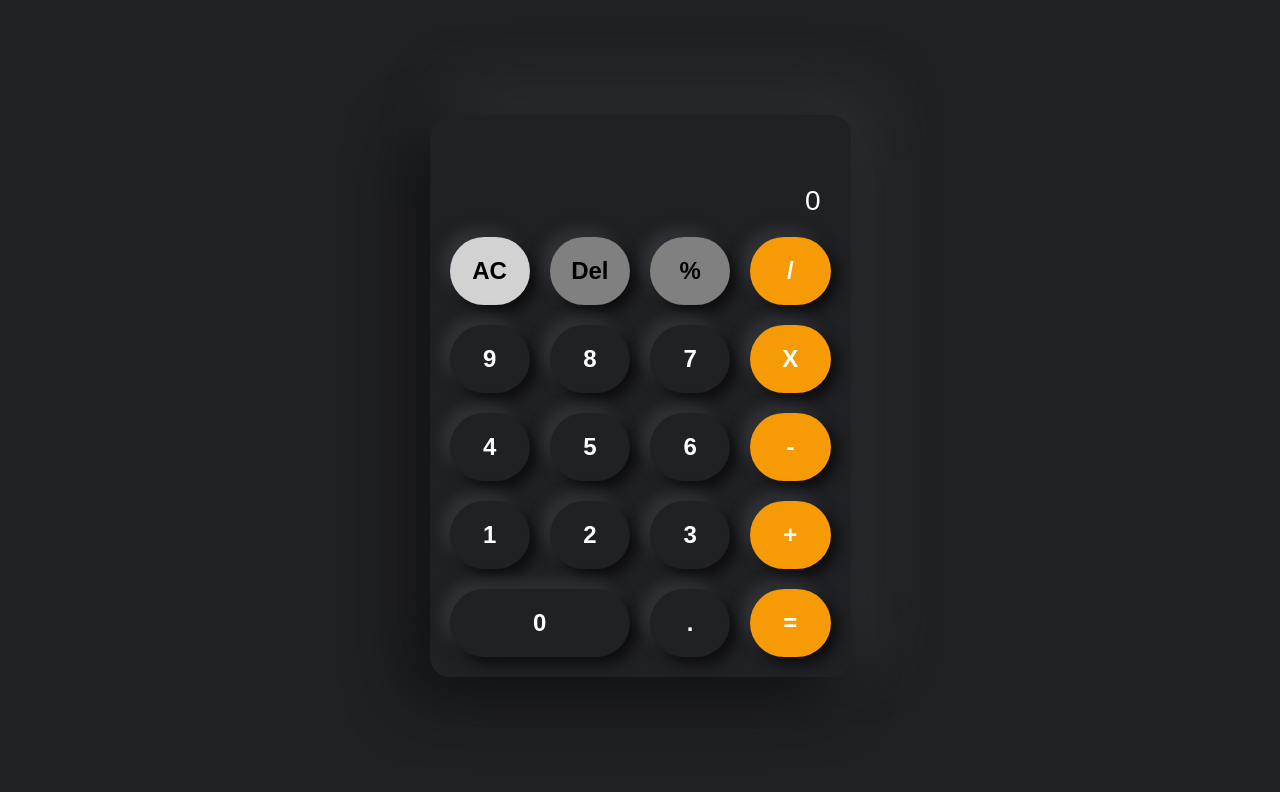
Repository: ble-syn/reactCalculator
Page: /
These files come from the project's save history. The page is drawn as it stood at one moment and after the next save; the edit follows.
The browser window is 1280 px wide. The pictures show the whole page.
The first visible `button` has the focus.
The project was rebuilt for these pictures with package versions that can differ from the ones it lists, and the page was loaded fresh each time.

Above is the page before, as saved 2022-10-06 23:14:38.

### src/index.css
*{
  margin: 0;
  box-sizing: border-box;
}

body{
  display: flex;
  justify-content: center;
  align-items: center;
  flex-direction: column;
  background-color: #202124;
  color: #fff;
  margin: 9% auto;
  background: #202124;
}
.container {
  max-width: 1000px;
}
.calculator{
  padding: 20px;
  border-radius: 20px;
  background: #202124;
  box-shadow:  -20px 20px 60px #101112,
             20px -20px 60px #303236;
}
#calculator-display {
  border: none;
  width: 100%;
  text-align: right;
  font-size: 28px;
  padding: 50px 10px 20px;
  color: #fff;
  background-color: #202124;
}
#calculator-display:focus {
  outline: none;
}
#calculator-display::-webkit-input-placeholder {
  color: #fff;
}
.calculator-keys{
  display: grid;
  grid-template-columns: repeat(4, 1fr);
  grid-gap: 20px;
}
button {
  padding: 20px 15px;
  display: grid;
  place-items: center;
  outline: none;
  border-radius: 50px;
  font-weight: 700;
  border: none;
  color: #fff;
  font-size: 24px;
  cursor: pointer;
  background: #202124;
  box-shadow:  7px 7px 14px #0d0d0e,
  -7px -7px 14px #33353a;
}
button:focus {
  background-color: #d2d2d2;
}
.zero {
  grid-column: 1/3;
}
.gray {
  background-color: #808080;
  color: #000;
}
.yellow {
  background-color: #F69A06;
}
.yellow:focus{
  background-color: #ffffff;
  color: #F69A06;
}

### src/App.js
import {useState} from "react";

function App() {
  const [numDisplay, setNumDisplay] = useState("")
  const operators = ["+", "-", "*", "/"]

const numClick = (event) => {
      event.preventDefault()

      let value = event.target.value
      setNumDisplay(numDisplay + value)
}


const deleteNum = () => {
  setNumDisplay(numDisplay.slice(0, -1))
}
const reset = () => {
  setNumDisplay("")
}
const percent = () => {
  setNumDisplay(numDisplay / 100)
}
const equals = () => {
  setNumDisplay(eval(numDisplay))
}

  return (
    <main id="container">
      <div class="calculator">
          <div><input id="calculator-display" type="text" placeholder="0" value={numDisplay} /></div>

        <div class="calculator-keys">

          <button onClick={reset} value=" " class="gray">AC</button>
          <button onClick={deleteNum} value="" class="gray">Del</button>
          <button onClick={percent} value="%" class="gray">%</button>
          <button onClick={numClick} value="/" class="yellow">/</button>
          <button onClick={numClick} value="9">9</button>
          <button onClick={numClick} value="8">8</button>
          <button onClick={numClick} value="7" >7</button>
          <button onClick={numClick} value="*" class="yellow">X</button>
          <button onClick={numClick} value="4">4</button>
          <button onClick={numClick} value="5">5</button>
          <button onClick={numClick} value="6">6</button>
          <button onClick={numClick} value="-" class= "yellow">-</button>
          <button onClick={numClick} value="1">1</button>
          <button onClick={numClick} value="2">2</button>
          <button onClick={numClick} value="3">3</button>
          <button onClick={numClick} value="+" class="yellow">+</button>
          <button onClick={numClick} value="0" class="zero" >0</button>
          <button onClick={numClick} value="." data-action="decimal">.</button>
          <button onClick={equals} value="=" class="yellow">=</button>

        </div>
      </div>
    </main>
  )
}

export default App;

Loaded but not shown: public/index.html (common file); src/index.js (common file); src/reportWebVitals.js (common file); public/manifest.json (common file)

After the next save:
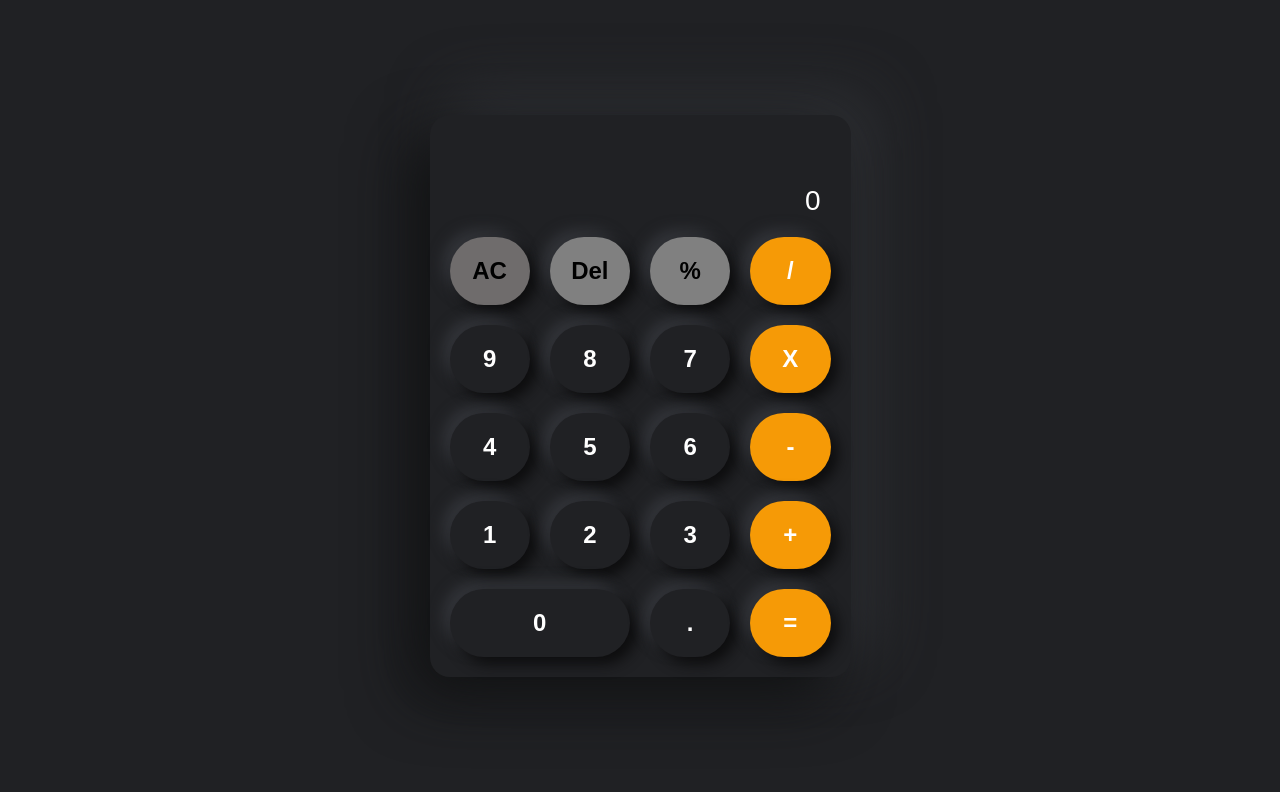
Saved 15 s later.
--- a/src/index.css
+++ b/src/index.css
@@ -59,7 +59,7 @@
   -7px -7px 14px #33353a;
 }
 button:focus {
-  background-color: #d2d2d2;
+  background-color: #6f6c6c;
 }
 .zero {
   grid-column: 1/3;

After the save that followed:
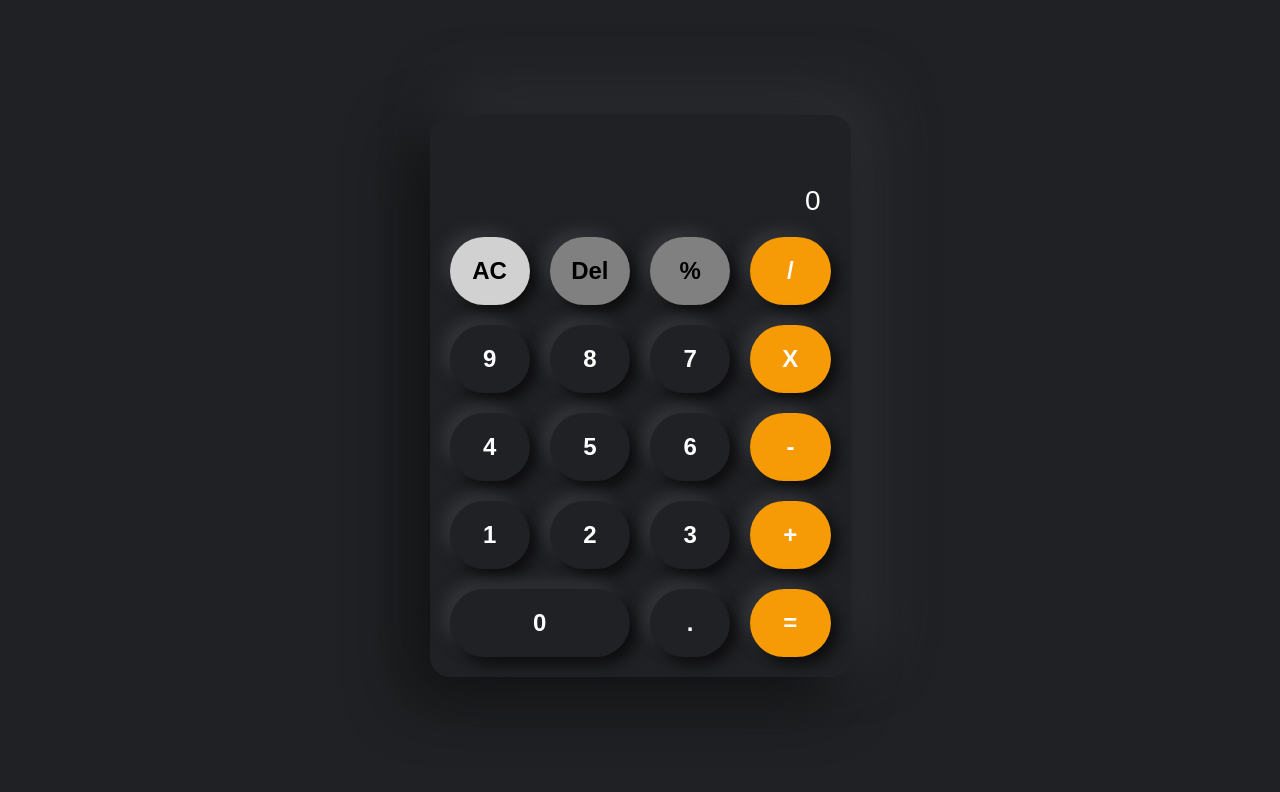
Saved 19 s later.
--- a/src/index.css
+++ b/src/index.css
@@ -59,7 +59,7 @@
   -7px -7px 14px #33353a;
 }
 button:focus {
-  background-color: #6f6c6c;
+  background-color: #D1D1D1;
 }
 .zero {
   grid-column: 1/3;
